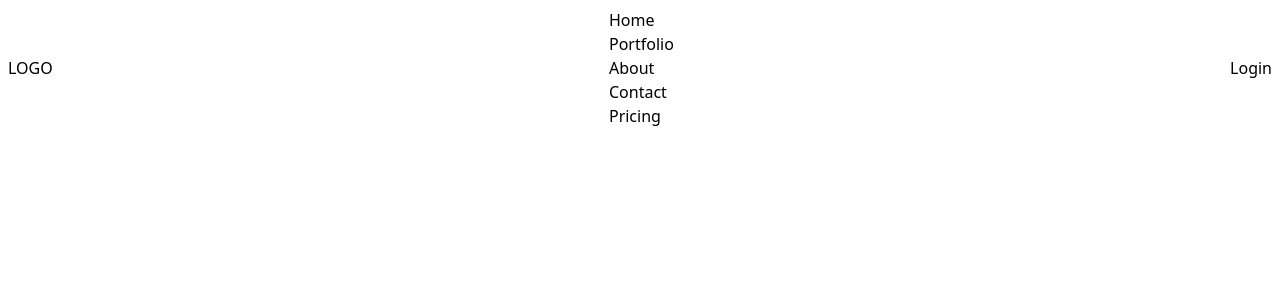
Repository: DevAntonioRogers/react-modal-with-dialog
Page: /
An editor plug-in stored every save of this project. The page is shown before and after the next save, followed by the edit.
The browser window is 1280 px wide. The pictures show the whole page.
The project was rebuilt for these pictures with package versions that can differ from the ones it lists, and the page was loaded fresh each time. Also part of the build but not shown: vite.config.ts.

Above is the page before, as saved 2023-05-10 08:42:27.

After the next save:
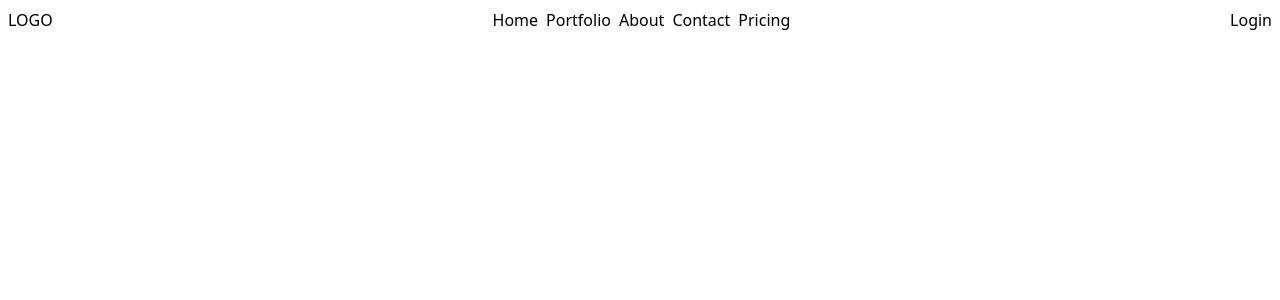
Saved 18 s later.
--- a/src/App.tsx
+++ b/src/App.tsx
@@ -5,7 +5,7 @@ function App() {
         <h1>LOGO</h1>
       </div>
 
-      <ul>
+      <ul className="flex items-center gap-2">
         <li>
           <a href="#">Home</a>
         </li>
